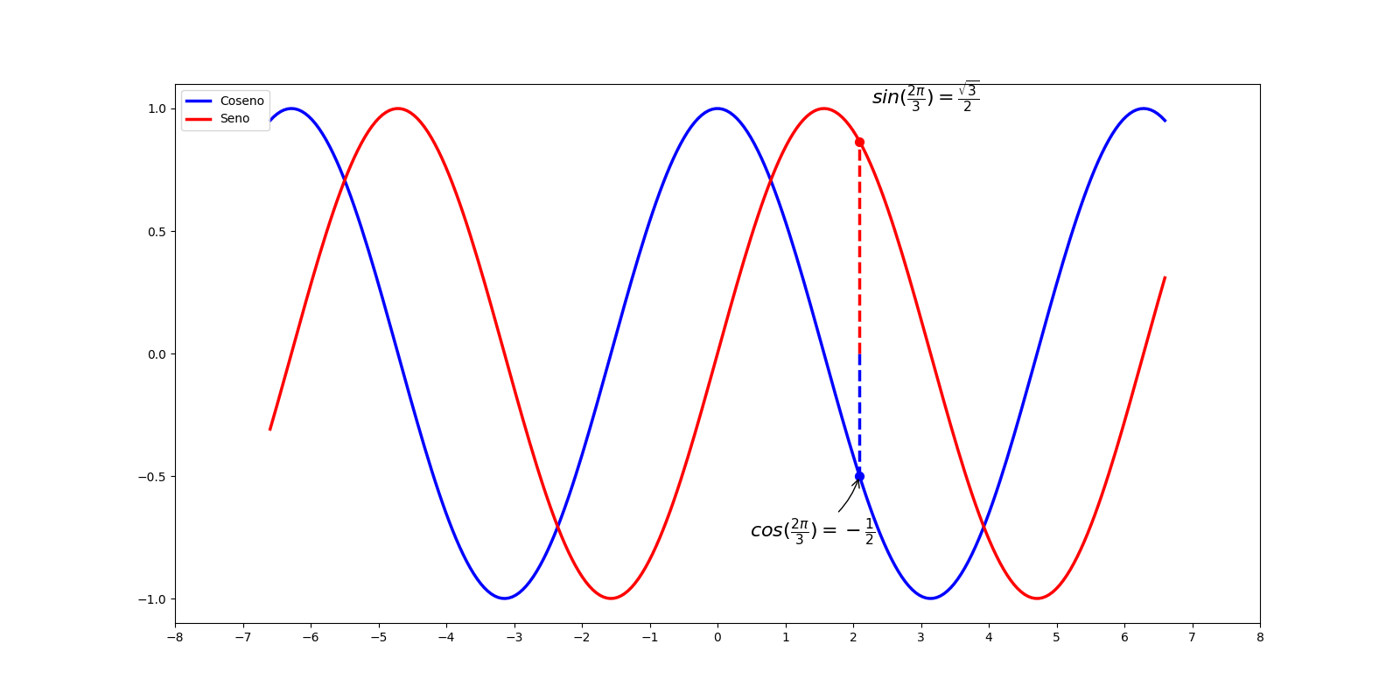
Repository: Jaamunozr/Archivos-python
Script's output: python Archivos Python/Graficas/ejecutable.py
The author's editor kept a copy of each file at every save. The script's output is drawn from the files as they stood at one save, then again after the next save.
Figures wider than 1,400 px are first shrunk to that width. Animations are shown at an early frame. Random numbers start from a fixed seed.

Above is the script's output before, as saved 2020-02-16 21:45:22.

After the next save:
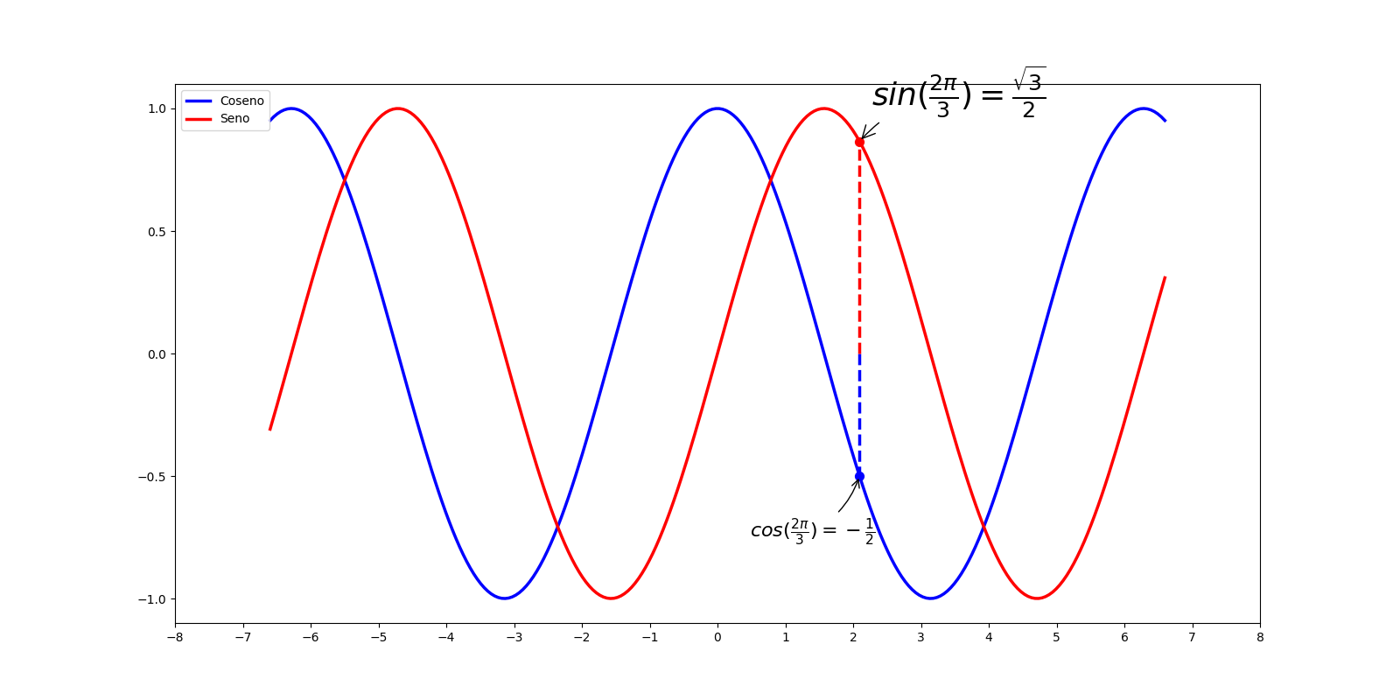
Saved 15 s later.
--- a/Archivos Python/Graficas/ejecutable.py
+++ b/Archivos Python/Graficas/ejecutable.py
@@ -60,8 +60,8 @@ pl.scatter([t, ], [np.cos(t), ], 50, color='blue')
 
 pl.annotate(r'$sin(\frac{2\pi}{3})=\frac{\sqrt{3}}{2}$',
             xy=(t, np.sin(t)), xycoords='data',
-            xytext=(+10, +30), textcoords='offset points', fontsize=16)
-
+            xytext=(+10, +30), textcoords='offset points', fontsize=26,
+            arrowprops=dict(arrowstyle="->", connectionstyle="arc3,rad=.2")) #DIRECCION DE LA FLECHA
 
 pl.plot([t, t],[0, np.sin(t)], color='red', linewidth=2.5, linestyle="--")
 pl.scatter([t, ],[np.sin(t), ], 50, color='red')
